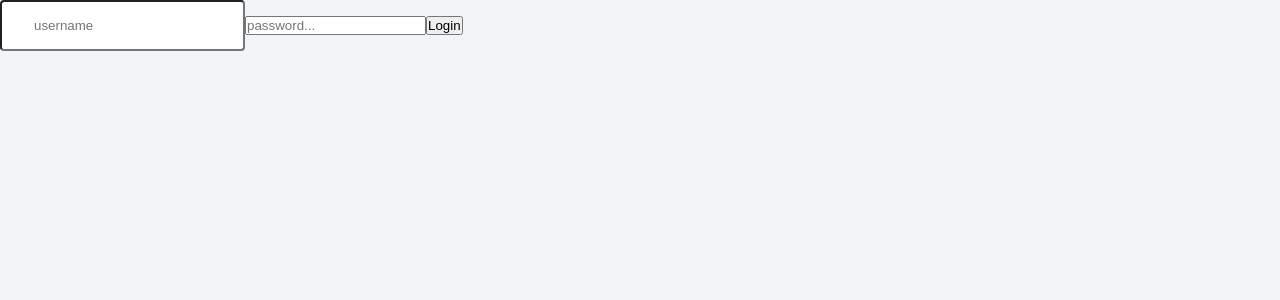
Repository: devogi/React.js-Context-API
Page: /
An editor plug-in stored every save of this project. The page is shown before and after the next save, followed by the edit.
The browser window is 1280 px wide. The pictures show the whole page.
The project was rebuilt for these pictures with package versions that can differ from the ones it lists, and the page was loaded fresh each time.

Above is the page before, as saved 2022-03-24 13:57:40.

### src/index.js
import React from 'react';
import ReactDOM from 'react-dom';
import './index.css';

import Login from './Login';

ReactDOM.render(
  <React.StrictMode>
   <Login />
  </React.StrictMode>,
  document.getElementById('root')
);

### src/Login.js
import React, { useState } from "react";

function Login() {
  const [username, setUsername] = useState("");
  const [showProfile, setShowProfile] = useState(false);

  return (
    <>
      <input
        type="text"
        className="form"
        placeholder="username"
        onChange={(event) => {
          setUsername(event.target.value);
        }}
      />
      <input type="text" placeholder="password..." />
      <button
        onClick={() => {
          setShowProfile(true);
        }}
      >
        Login
      </button>
      {showProfile && <h1> {username} </h1>}
    </>
  );
}

export default Login;

Loaded but not shown: public/index.html (common file); src/index.css (common file)

After the next save:
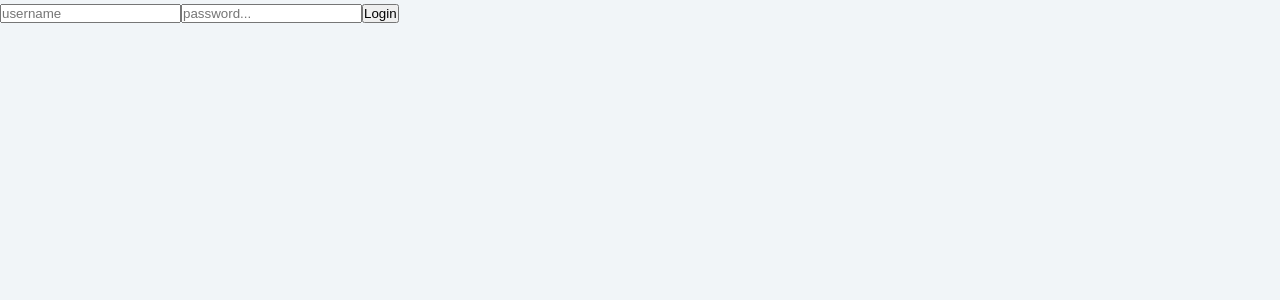
Saved 5 s later.
--- a/src/Login.js
+++ b/src/Login.js
@@ -8,7 +8,7 @@ function Login() {
     <>
       <input
         type="text"
-        className="form"
+        className="input"
         placeholder="username"
         onChange={(event) => {
           setUsername(event.target.value);
